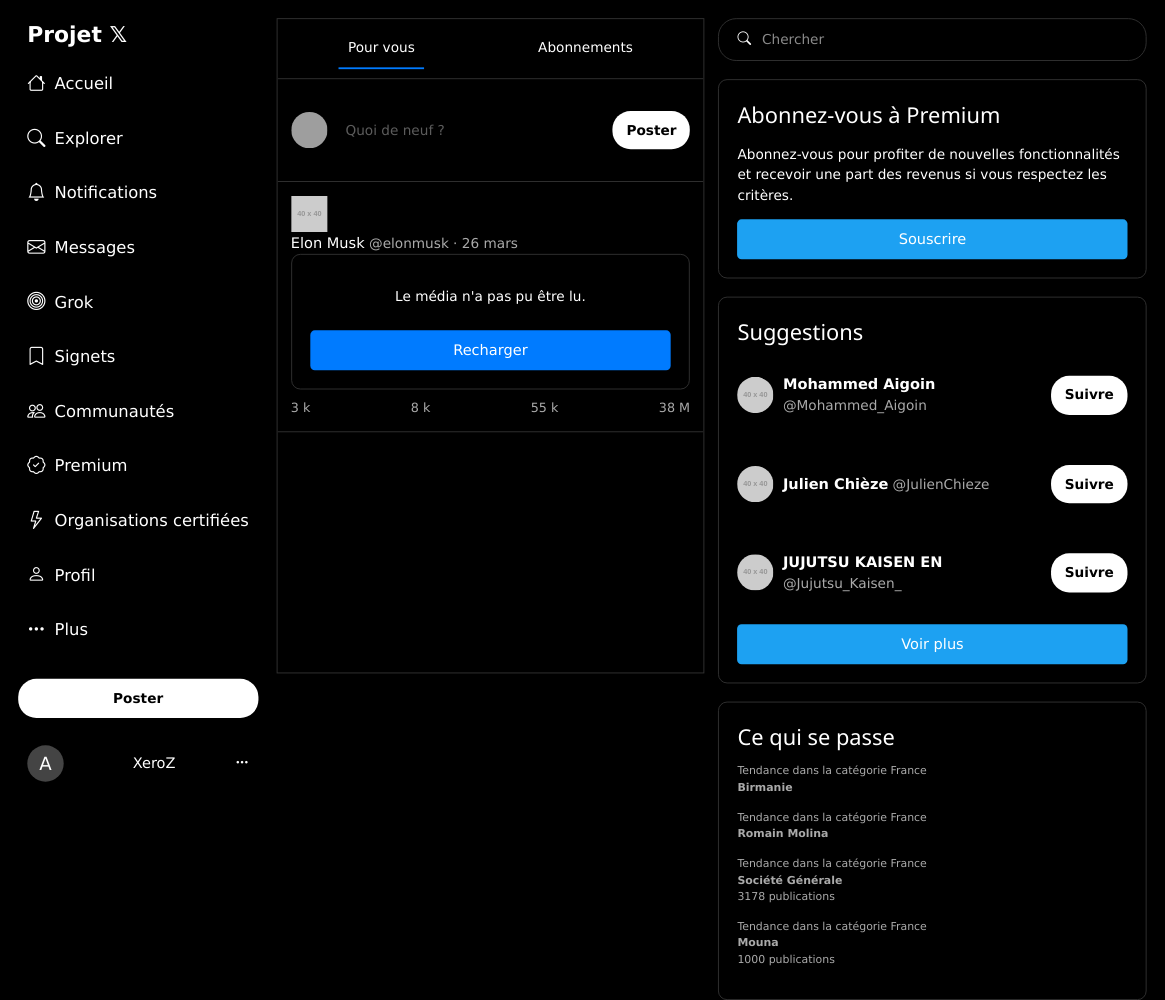
Repository: barriefl/ProjetX_BARRIER_MAULINE_MARQUES-FELIX_SERVONNET
Page: web/front/main.html
The author's editor kept a copy of each file at every save. The page is drawn from the files as they stood at one save, then again after the next save.
The browser window is 1280 px wide. The pictures show the whole page, at 91% of full size.
Pictures or frames that could not be fetched are drawn as grey boxes.

Above is the page before, as saved 2025-03-31 10:14:43.

### web/front/main.html
<!DOCTYPE html>
<html lang="fr">
  <head>
    <meta charset="UTF-8" />
    <meta name="viewport" content="width=device-width, initial-scale=1.0" />
    <title>Projet &Xopf;</title>
    <link rel="icon" type="image/x-icon" href="image/twitter-x.svg" />
    <link rel="stylesheet" href="style/main.css" />
    <link rel="stylesheet" href="https://www.w3schools.com/w3css/5/w3.css" />
    <link
      rel="stylesheet"
      href="https://cdn.jsdelivr.net/npm/bootstrap-icons@1.5.0/font/bootstrap-icons.css"
    />
  </head>
  <body>
    <div class="left-sidebar">
      <div class="logo"><a href="/front/main.html">Projet &Xopf;</a></div>
      <ul class="menu">
        <li>
          <a href="/front/main.html"
            ><span class="icon"><i class="bi bi-house"></i></span> Accueil</a
          >
        </li>
        <li>
          <a href=""
            ><span class="icon"><i class="bi bi-search"></i></span>Explorer</a
          >
        </li>
        <li>
          <a href="#"
            ><span class="icon"><i class="bi bi-bell"></i></span>
            Notifications</a
          >
        </li>
        <li>
          <a href="#"
            ><span class="icon"><i class="bi bi-envelope"></i></span>Messages</a
          >
        </li>
        <li>
          <a href="#"
            ><span class="icon"><i class="bi bi-bullseye"></i></span> Grok</a
          >
        </li>
        <li>
          <a href="#"
            ><span class="icon"><i class="bi bi-bookmark"></i></span> Signets</a
          >
        </li>
        <li>
          <a href="#"
            ><span class="icon"><i class="bi bi-people"></i></span>
            Communautés</a
          >
        </li>
        <li>
          <a href="#"
            ><span class="icon"><i class="bi bi-patch-check"></i></span>
            Premium</a
          >
        </li>
        <li>
          <a href="#"
            ><span class="icon"><i class="bi bi-lightning"></i></span>
            Organisations certifiées</a
          >
        </li>
        <li>
          <a href="#"
            ><span class="icon"><i class="bi bi-person"></i></span> Profil</a
          >
        </li>
        <li>
          <a href="#"
            ><span class="icon"><i class="bi bi-three-dots"></i></span>Plus</a
          >
        </li>
      </ul>
      <button class="post-button">Poster</button>
      <div class="user-info">
        <span class="avatar">A</span>
        <span class="username">XeroZ</span>
        <span class="more-info"><i class="bi bi-three-dots"></i></span>
      </div>
    </div>
    <div class="container container-border">
      <!--  s -->
      <div class="tab-menu">
        <a href="#" class="active">Pour vous</a>
        <a href="#">Abonnements</a>
      </div>

      <!-- Header -->
      <div class="header">
        <img src="empty.png" alt="empty.png" />
        <input type="text" placeholder="Quoi de neuf ?" />
        <button class="post-button">Poster</button>
      </div>

      <!-- Post -->
      <div class="post">
        <div class="tweet-user-info">
          <img src="https://via.placeholder.com/40" alt="User Avatar" />
          <div>
            <span class="username">Elon Musk</span>
            <span style="color: #aaa">@elonmusk · 26 mars</span>
          </div>
        </div>
        <div class="content">
          <p>Le média n'a pas pu être lu.</p>
          <button class="button-blue">Recharger</button>
        </div>
        <div class="actions">
          <span>3 k</span>
          <span>8 k</span>
          <span>55 k</span>
          <span>38 M</span>
        </div>
      </div>
    </div>
    <div class="right-sidebar">
      <!-- Barre de recherche -->
      <div class="search-bar">
        <i class="bi bi-search"></i>
        <input type="text" placeholder="Chercher" />
      </div>

      <!-- Section Premium -->
      <div class="card">
        <h3>Abonnez-vous à Premium</h3>
        <p>
          Abonnez-vous pour profiter de nouvelles fonctionnalités et recevoir
          une part des revenus si vous respectez les critères.
        </p>
        <button class="button-blue">Souscrire</button>
      </div>

      <!-- Suggestions -->
      <div class="card">
        <h3>Suggestions</h3>
        <div class="suggestion">
          <img src="https://via.placeholder.com/40" alt="Avatar" />
          <div class="info">
            <span class="username">Mohammed Aigoin</span>
            <span class="handle">@Mohammed_Aigoin</span>
          </div>
          <button class="follow-button">Suivre</button>
        </div>
        <div class="suggestion">
          <img src="https://via.placeholder.com/40" alt="Avatar" />
          <div class="info">
            <span class="username">Julien Chièze</span>
            <span class="handle">@JulienChieze</span>
          </div>
          <button class="follow-button">Suivre</button>
        </div>
        <div class="suggestion">
          <img src="https://via.placeholder.com/40" alt="Avatar" />
          <div class="info">
            <span class="username">JUJUTSU KAISEN EN</span>
            <span class="handle">@Jujutsu_Kaisen_</span>
          </div>
          <button class="follow-button">Suivre</button>
        </div>
        <button class="button-blue">Voir plus</button>
      </div>

      <!-- Tendances -->
      <div class="card">
        <h3>Ce qui se passe</h3>
        <ul class="trends">
          <li>
            <span>Tendance dans la catégorie France</span>
            <span class="title">Birmanie</span>
          </li>
          <li>
            <span>Tendance dans la catégorie France</span>
            <span class="title">Romain Molina</span>
          </li>
          <li>
            <span>Tendance dans la catégorie France</span>
            <span class="title">Société Générale</span>
            <span>3178 publications</span>
          </li>
          <li>
            <span>Tendance dans la catégorie France</span>
            <span class="title">Mouna</span>
            <span>1000 publications</span>
          </li>
        </ul>
      </div>
    </div>
  </body>
</html>

### web/front/style/main.css
body {
    margin: 0;
    background-color: #000;
    font-family: Arial, Helvetica, sans-serif;
    color: white;
    padding: 0;
    display: flex;
    justify-content: center;
    padding: 20px;
}

.left-sidebar {
    width: 300px;
    height: 100vh;
    display: flex;
    flex-direction: column;
    padding-right: 20px;
}

.logo {
    font-size: 24px;
    font-weight: bold;
}

.left-sidebar a {
    text-decoration: none;
    color: white;
    padding: 10px;
    width: fit-content;
    border-radius: 15px;
    transition: all 0.3s ease-in-out;
}

.left-sidebar a:hover, .user-info:hover {
    background-color: #333;
    text-decoration: none;
    color: white;
}

.menu {
    list-style: none;
    padding: 0;
    margin: 0;
}

.menu li {
    margin: 10px 0;
}

.menu a {
    text-decoration: none;
    color: white;
    display: flex;
    align-items: center;
    font-size: 18px;
}

.menu .icon {
    margin-right: 10px;
    font-size: 20px;
}

.post-button, .follow-button {
    margin: 20px 0;
    padding: 10px 15px;
    border-radius: 20px;
    border:none;
    cursor: pointer;
    font-weight: bold;
    background-color: white;
}

.post-button:hover {
    background-color: #ddd;
}

.button-blue {
    width: 100%;
    padding: 10px;
    font-size: 16px;
    background-color: #1da1f2;
    color: white;
    border: none;
    border-radius: 5px;
    cursor: pointer;
}

.button-blue:hover {
    background-color: #0d8ce0;
}

.user-info {
    display: flex;
    justify-content: space-between;
    align-items: center;
    padding: 10px;
    border-radius: 15px;
    cursor: pointer;
    transition: all 0.3s ease-in-out;
}

.avatar {
    background-color: #444;
    width: 40px;
    height: 40px;
    display: flex;
    align-items: center;
    justify-content: center;
    border-radius: 50%;
    font-size: 20px;
    margin-right: 10px;
}

.username {
    font-size: 16px;
}

.container {
    width: 500px;
    max-height: 100vh;
    overflow-y: auto ;
    margin-right: 15px;
}

.container-border {
    border: 1px solid #333;
}

.header {
    display: flex;
    align-items: center;
    padding: 15px;
    border-bottom: 1px solid #333;
}

.header img {
    width: 40px;
    height: 40px;
    border-radius: 50%;
    margin-right: 10px;
}

.header input {
    flex: 1;
    background: transparent;
    border: none;
    outline: none;
    padding: 10px;
    color: #fff;
}

.header input::placeholder {
    color: #aaa;
}

.post {
    padding: 15px;
    border-bottom: 1px solid #333;
}

.post .user-info {
    display: flex;
    align-items: center;
    margin-bottom: 10px;
}

.post .user-info img {
    width: 40px;
    height: 40px;
    border-radius: 50%;
    margin-right: 10px;
}

.post .user-info .username {
    font-weight: bold;
}

.post .content {
    border: solid 1px #333;
    border-radius: 10px;
    padding: 20px;
    text-align: center;
}

.post .content button {
    background-color: #007bff;
    color: #fff;
    border: none;
    border-radius: 5px;
    padding: 10px 20px;
    margin-top: 10px;
    cursor: pointer;
}

.post .actions {
    display: flex;
    justify-content: space-between;
    margin-top: 10px;
    font-size: 14px;
    color: #aaa;
}

.tab-menu {
    display: flex;
    justify-content: space-around;
    padding: 10px;
    border-bottom: 1px solid #333;
}

.tab-menu a {
    color: #fff;
    text-decoration: none;
    padding: 10px;
}

.tab-menu a.active {
    border-bottom: 2px solid #007bff;
}

.right-sidebar {
    width: 500px;
    max-height: 100vh;
}

 .search-bar {
     display: flex;
     padding: 10px 20px;
     margin-bottom: 20px;
     border-radius: 20px;
     border: 1px solid #333;
 }

 .search-bar input {
     flex: 1;
     background: transparent;
     border: none;
     outline: none;
     color: #ffffff;
 }

 .search-bar i {
     margin-right: 10px;
 }

 .card {
    border: 1px solid #333;
     border-radius: 10px;
     padding: 20px;
     margin-bottom: 20px;
 }

 .card h3 {
     margin-top: 0;
 }

 .card .button {
     display: inline-block;
     background-color: #007bff;
     color: #ffffff;
     text-decoration: none;
     padding: 10px 20px;
     border-radius: 20px;
     margin-top: 10px;
     text-align: center;
 }

 .suggestion {
     display: flex;
     align-items: center;
     margin-bottom: 15px;
 }

 .suggestion img {
     width: 40px;
     height: 40px;
     border-radius: 50%;
     margin-right: 10px;
 }

 .suggestion .info {
     flex: 1;
 }

 .suggestion .info .username {
     font-weight: bold;
 }

 .suggestion .info .handle {
     color: #aaa;
 }

 .trends {
     list-style: none;
     padding: 0;
     margin: 0;
 }

 .trends li {
     margin-bottom: 15px;
 }

 .trends li span {
     display: block;
     color: #aaa;
     font-size: 12px;
 }

 .trends li .title {
     font-weight: bold;
 }

After the next save:
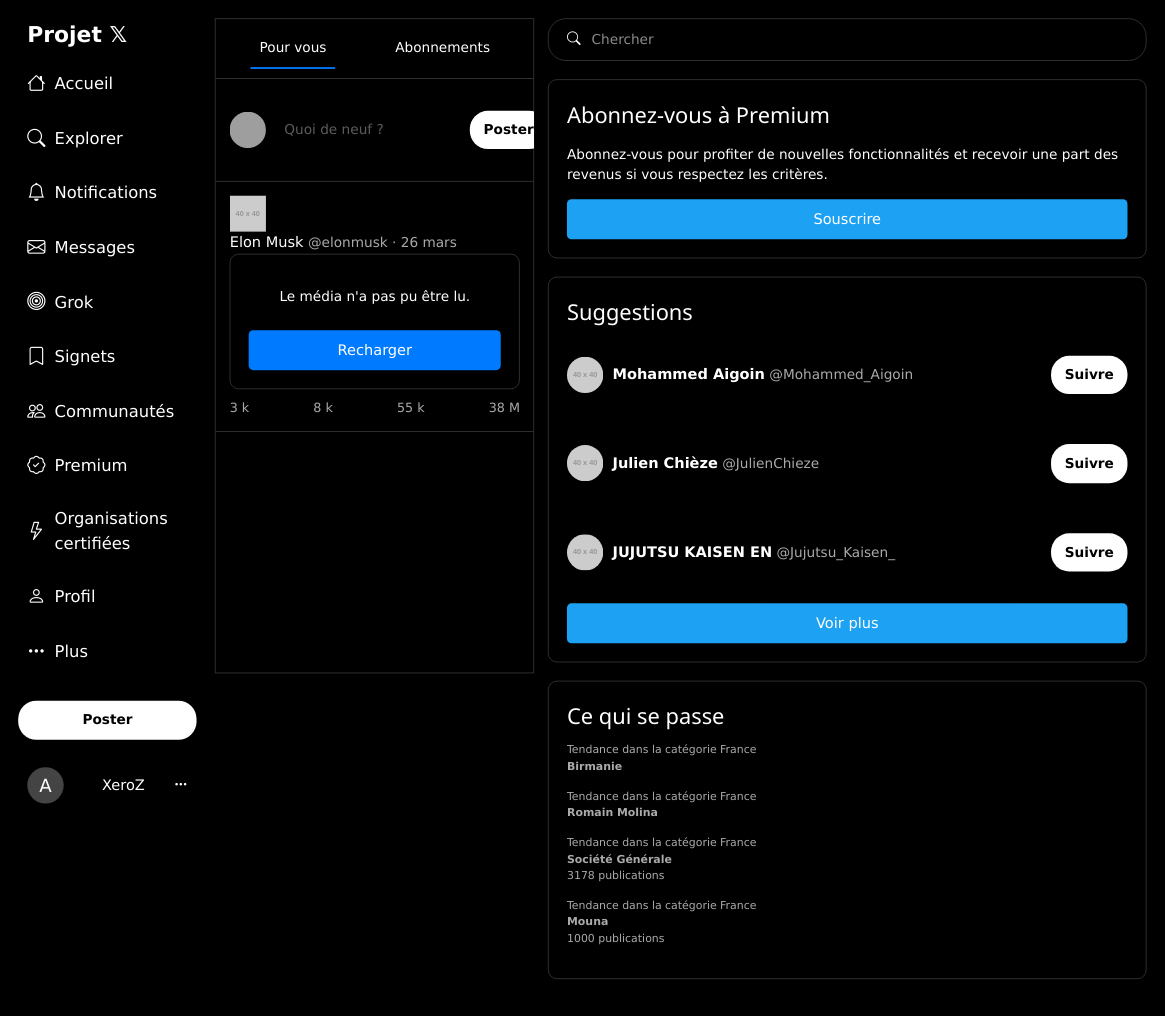
Saved 5 s later.
--- a/web/front/main.html
+++ b/web/front/main.html
@@ -118,7 +118,7 @@
         </div>
       </div>
     </div>
-    <div class="right-sidebar">
+    <div class="right-s">
       <!-- Barre de recherche -->
       <div class="search-bar">
         <i class="bi bi-search"></i>

After the save that followed:
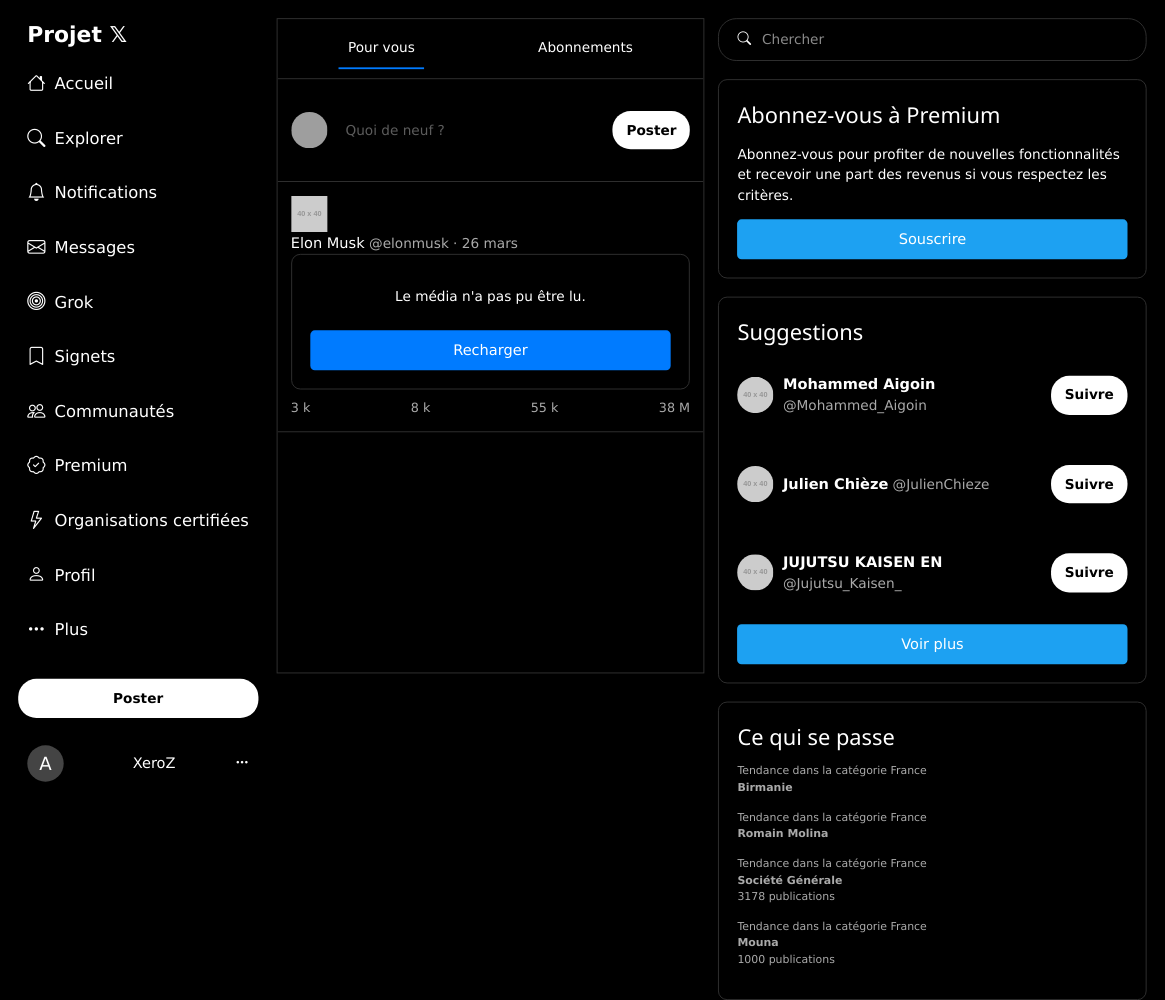
Saved 4 s later.
--- a/web/front/main.html
+++ b/web/front/main.html
@@ -118,7 +118,7 @@
         </div>
       </div>
     </div>
-    <div class="right-s">
+    <div class="right-sidebar">
       <!-- Barre de recherche -->
       <div class="search-bar">
         <i class="bi bi-search"></i>
